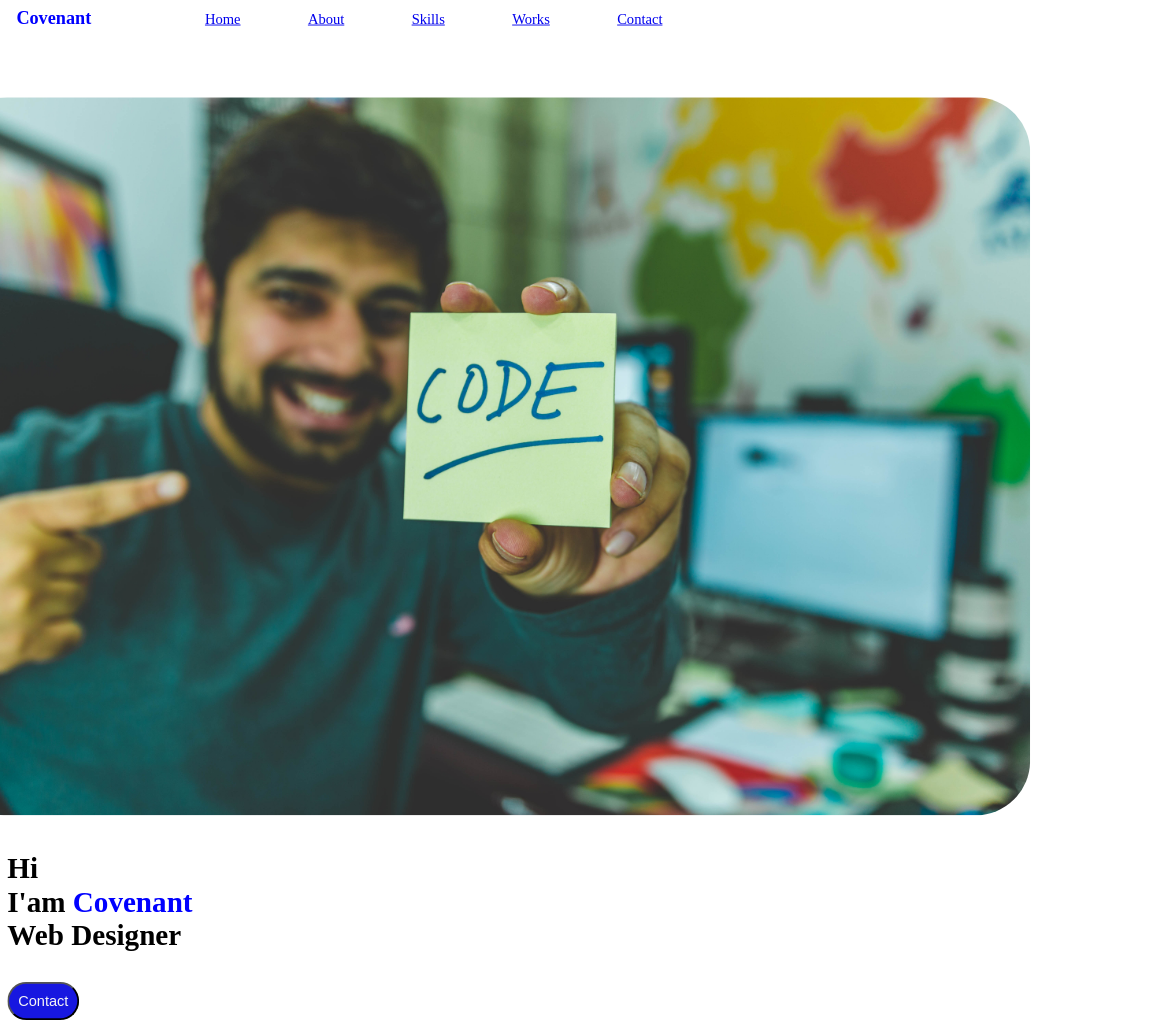
Repository: Tobby004/bdc-assignment-1
Page: index.html
These files come from the project's save history. The page is drawn as it stood at one moment and after the next save; the edit follows.
The browser window is 1280 px wide. The pictures show the whole page, at 91% of full size.

Above is the page before, as saved 2023-02-09 10:39:45.

After the next save:
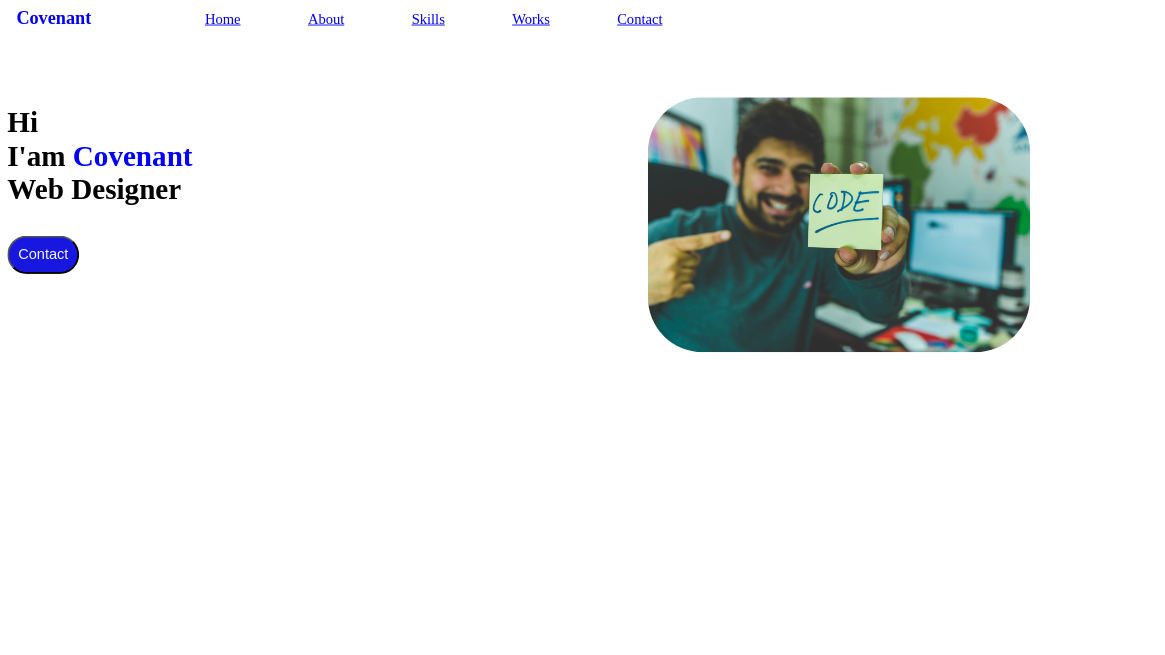
Saved 21 s later.
--- a/task.css
+++ b/task.css
@@ -21,7 +21,7 @@ header a {
 
 }
 img{
-    width: 100%;
+    width: 500px;
     padding: 40px;
     float: right;
     border-radius: 100px;
